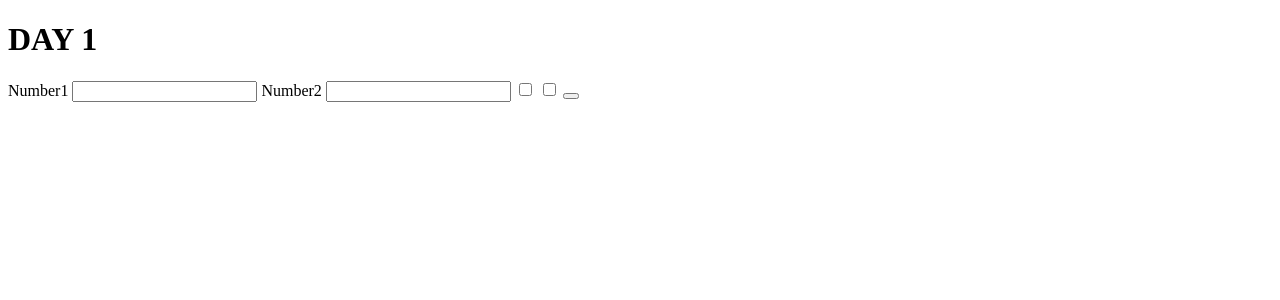
Repository: Padminivittal/Padmini-MWB
Page: MWB Day1/WebContent/Lab1.html
An editor plug-in stored every save of this project. The page is shown before and after the next save, followed by the edit.
The browser window is 1280 px wide. The pictures show the whole page.

Above is the page before, as saved 2012-07-20 06:45:05.

### MWB Day1/WebContent/Lab1.html
<!DOCTYPE HTML>
<html>
<head>
<script>
var  functionarray=[];
function add()
{
	var total = 0;
	for(var i=0;i<arguments.length;i++){
		total += arguments[i];
	}
	alert(total);
	return total;
}
function subract()
{
	var total = 0;
	total = arguments[0];
	for(var i=1;i<=arguments.length;i++){

		total -= arguments[i];
	}
	alert(total);
	return total;
}
function addOperations()
{
	var add =document.getElementById("add");
	var sub =document.getElementById("subract");

	if(sub.checked)
		functionarray["sub"]="subract"	;
	else
		functionarray["sub"]=null;

	if(add.checked)
		functionarray["add"]="add"	;
	else
		functionarray["add"]=null;

}
function calculate()
{
	alert(inside);
	for(var i=0;i<=functionarray.length;i++)
	{
		if(functionarray[i]!=null)

		doOperation(functionarray[i]);
	};

}
function doOperation(operation)
{
	var num1 =document.getElementById("number1");
	var num2 =document.getElementById("number2");
	alert(operation);
	operation(num1.value,num2.value);
	};
</script>
<title>MWB DAY 1</title>
</head>
<body>
<h1>DAY 1</h1>
<label for="number1" >Number1 </label>
<input type="number" id="number1"/>
<label for="number2" >Number2 </label>
<input type="number" id="number2"/>
<input type="checkbox" id="add" onchange="addOperations()" value="Add"/>
<input type="checkbox" id="subract" onchange="addOperations()" value="Subract"/>
<button id="calculate"   onclick="calculate()" value="Calculate Results" /></input>
<div id="results">

</div>
</body>
</html>

After the next save:
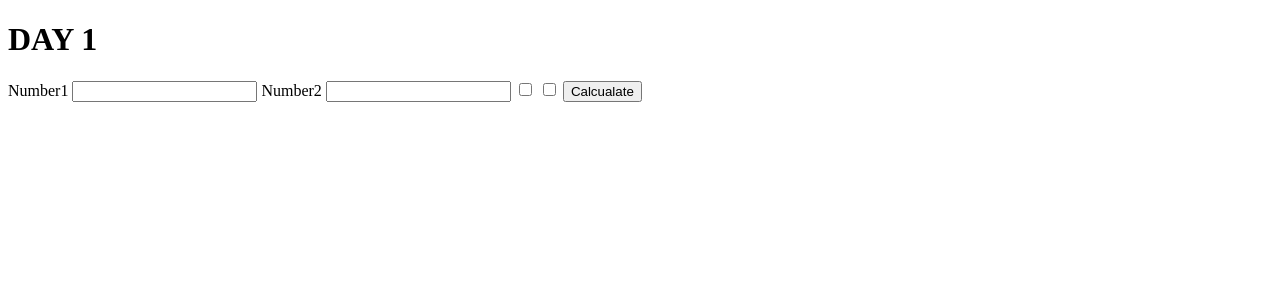
Saved 2 min 30 s later.
--- a/MWB Day1/WebContent/Lab1.html
+++ b/MWB Day1/WebContent/Lab1.html
@@ -68,7 +68,7 @@ function doOperation(operation)
 <input type="number" id="number2"/>
 <input type="checkbox" id="add" onchange="addOperations()" value="Add"/>
 <input type="checkbox" id="subract" onchange="addOperations()" value="Subract"/>
-<button id="calculate"   onclick="calculate()" value="Calculate Results" /></input>
+<button id="calculate" onclick="calculate()">Calcualate</button>
 <div id="results">
 
 </div>
